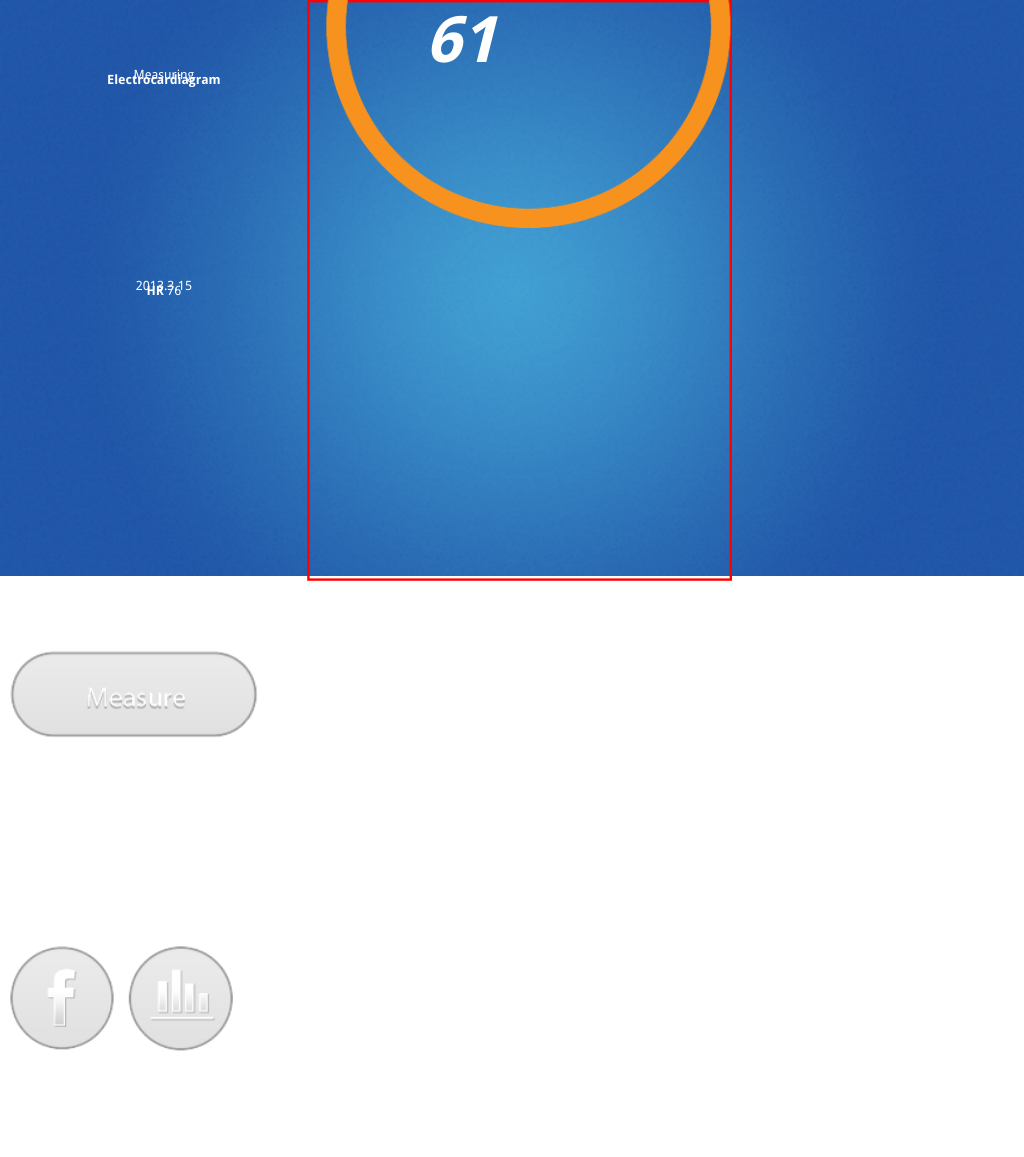
Repository: chouwill79131/IEcontest
Page: BluetoothChat/assets/complete.html
The author's editor kept a copy of each file at every save. The page is drawn from the files as they stood at one save, then again after the next save.
The browser window is 1280 px wide. The pictures show the whole page, at 80% of full size.

Above is the page before, as saved 2013-03-08 18:10:34.
Console error: TypeError: Cannot set properties of null (setting 'innerHTML')

After the next save:
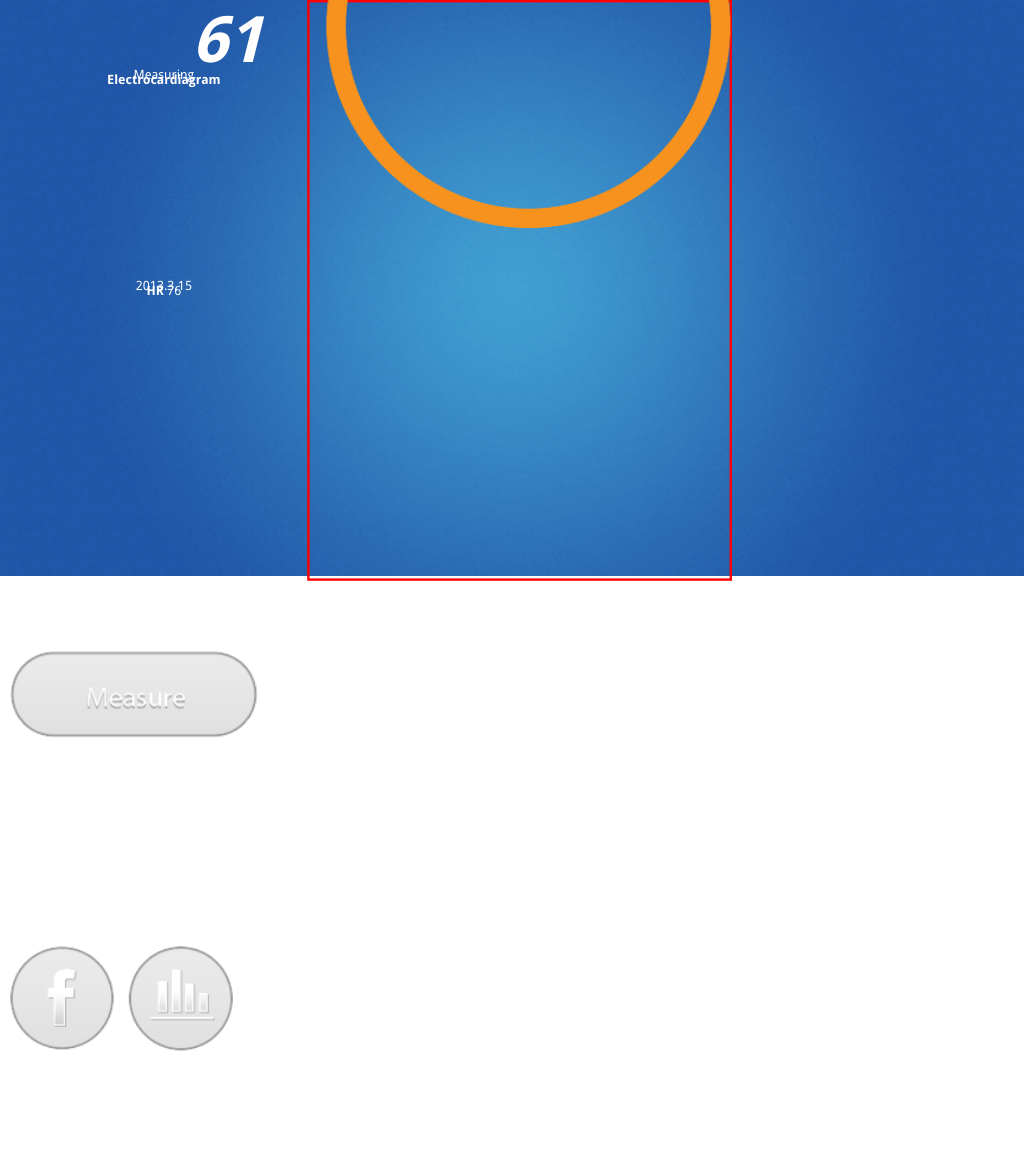
Saved 40 s later.
--- a/BluetoothChat/assets/complete.css
+++ b/BluetoothChat/assets/complete.css
@@ -23,7 +23,7 @@ body { margin:0; padding:0;}
 
 .mid { border:solid red ;width: 41%; }
 .circle { width: auto; height:70%; margin-left: 4%; }
-.score { text-align: center;color:white ; z-index: 1;  margin-left:-28% ; font-family: DroidSans-Bold;font-style: italic; ;font-size: 60pt;}
+.score { color:white ; z-index: 1;  margin-left:-28% ; font-family: DroidSans-Bold;font-style: italic; ;font-size: 60pt;}
 .circle { margin-top: -60%; z-index: 2; }
 
 .right { width: 29%; }
